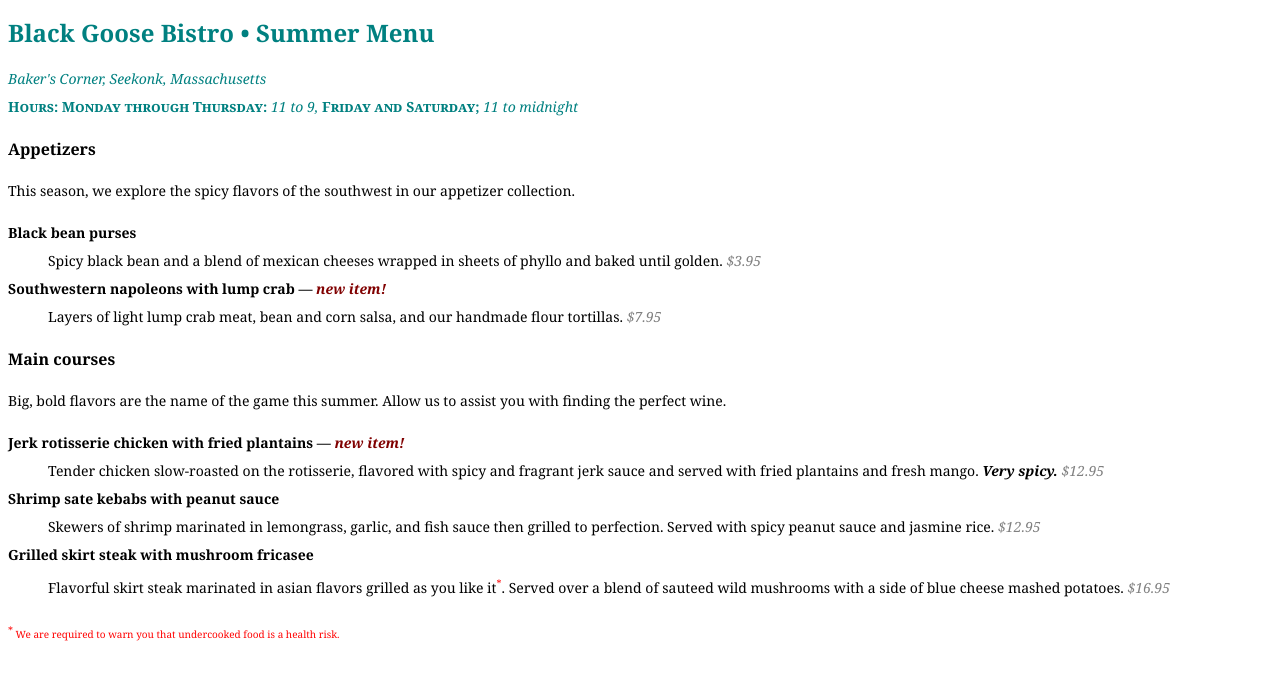
Repository: Lithium87/WebDesign
Page: Bistro/menu.html
The author's editor kept a copy of each file at every save. The page is drawn from the files as they stood at one save, then again after the next save.
The browser window is 1280 px wide. The pictures show the whole page.
Some web fonts or font styles are not loaded; a fallback is used.

Above is the page before, as saved 2020-04-14 11:09:03.

After the next save:
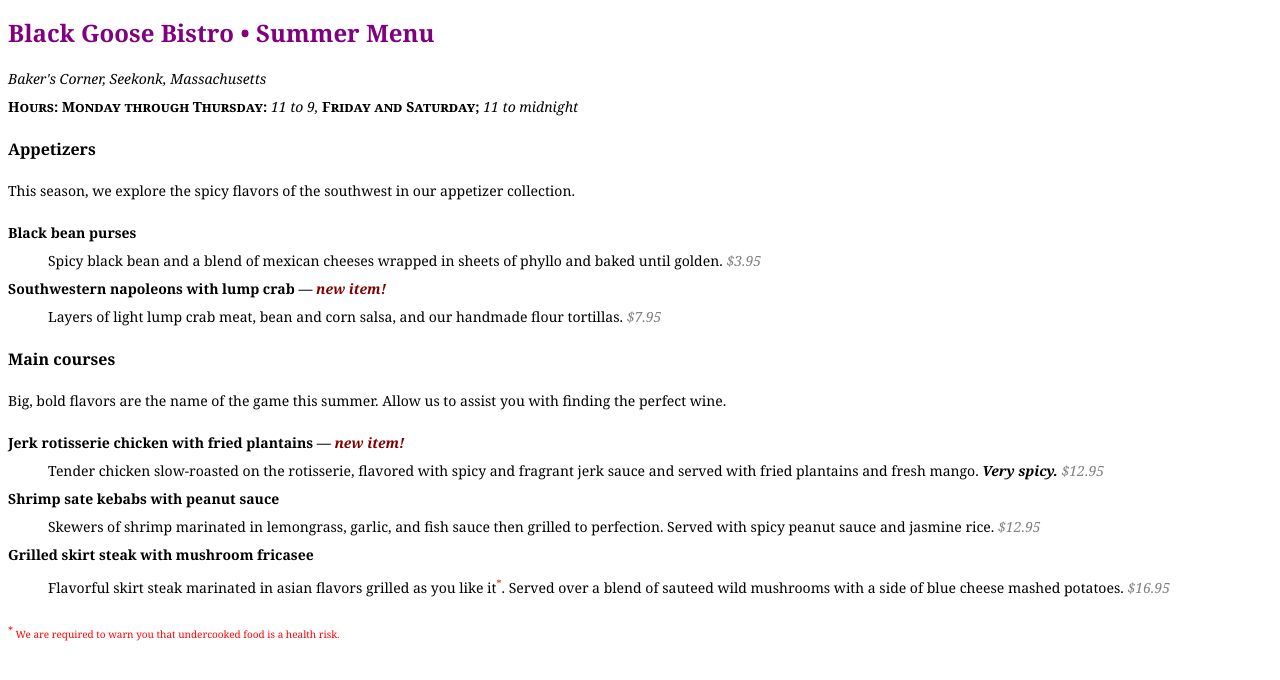
Saved 59 s later.
--- a/Bistro/menu.html
+++ b/Bistro/menu.html
@@ -14,6 +14,7 @@
 
         h1 {
             font: bold 1.5em "Marko One", Georgia, serif;
+            color: purple;
         }
 
         h2 {
@@ -35,10 +36,6 @@
 
         dt strong {
             color: maroon;
-        }
-
-        #info {
-            color: teal;
         }
 
         #info p {
